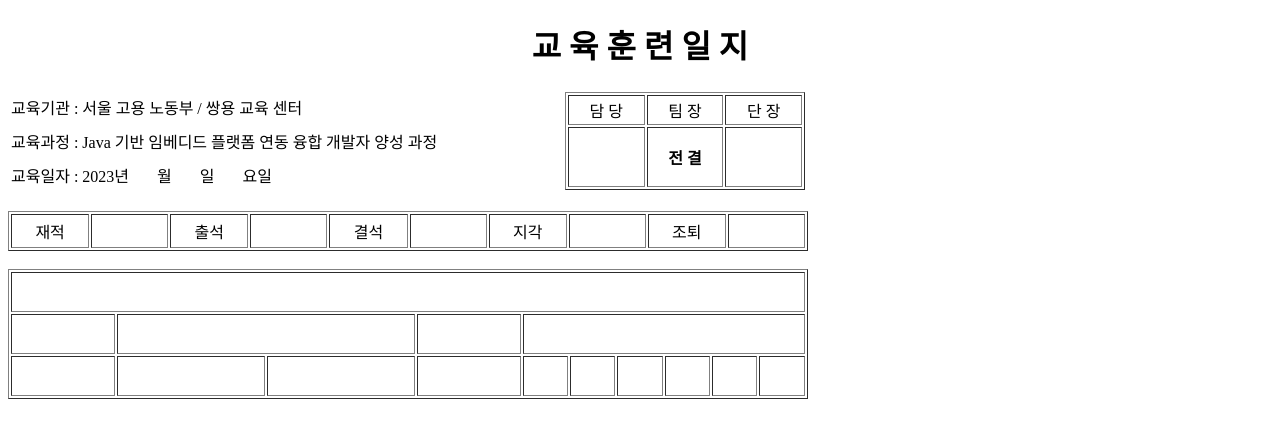
Repository: sujin9335/Front-end
Page: ClientTest/src/main/webapp/html/문제/12,html.html
The author's editor kept a copy of each file at every save. The page is drawn from the files as they stood at one save, then again after the next save.
The browser window is 1280 px wide. The pictures show the whole page.

Above is the page before, as saved 2023-09-21 03:42:01.

After the next save:
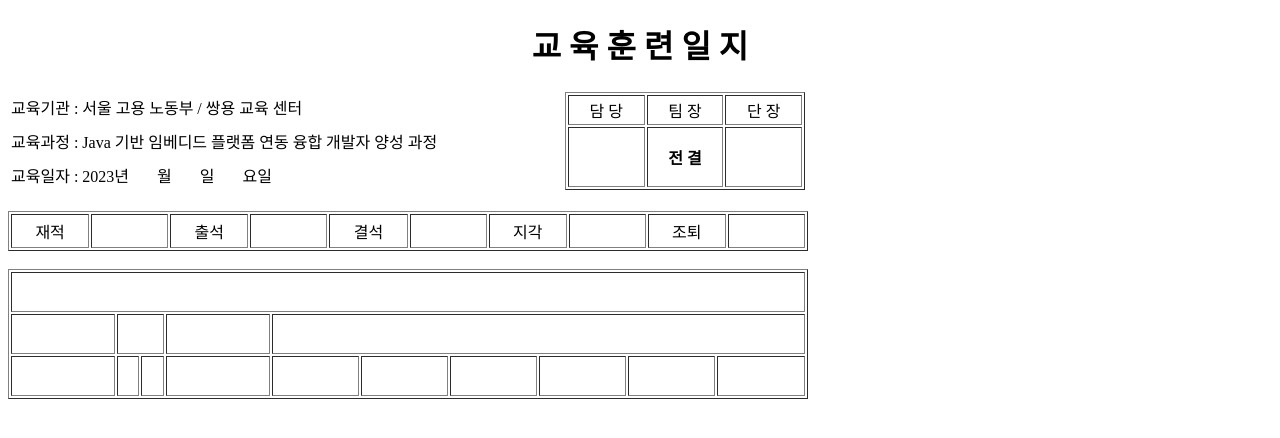
Saved 88 s later.
--- a/ClientTest/src/main/webapp/html/문제/12,html.html
+++ b/ClientTest/src/main/webapp/html/문제/12,html.html
@@ -55,7 +55,7 @@
 	</tr>
 	<tr height="40">
 		<td align="center" width="100"></td>
-		<td align="center" colspan="2" width="100"></td>
+		<td align="center" colspan="2" ></td>
 		<td align="center" width="100"></td>
 		<td align="center" colspan="6" width="100"></td>
 	</tr>
